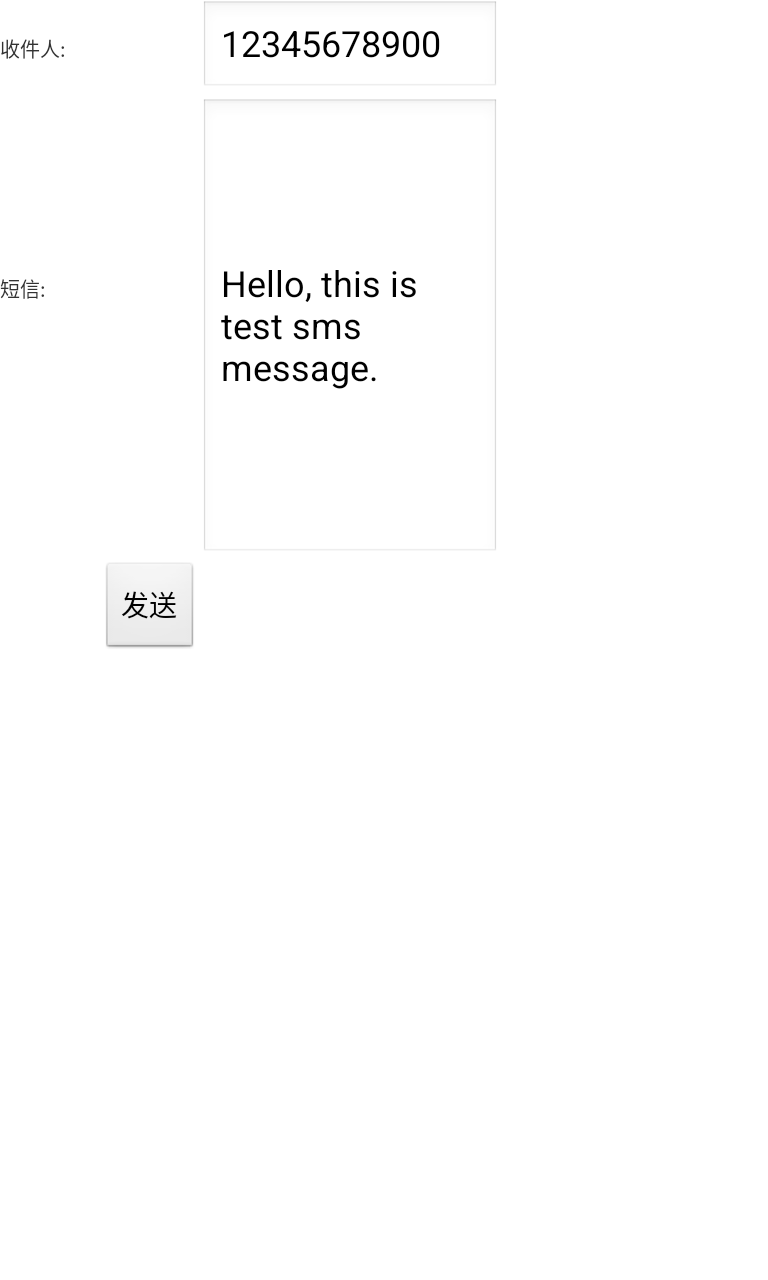
Repository: yorkLiu/android
Layout: IntentDemo/res/layout/sms_main.xml
An editor plug-in stored every save of this project. The layout is shown before and after the next save, followed by the edit.
It is drawn on a 768 x 1280 px phone screen (xhdpi) without system bars, with theme AppTheme; the app's code is not run.

Above is the layout before, as saved 2014-09-20 13:05:34.

After the next save:
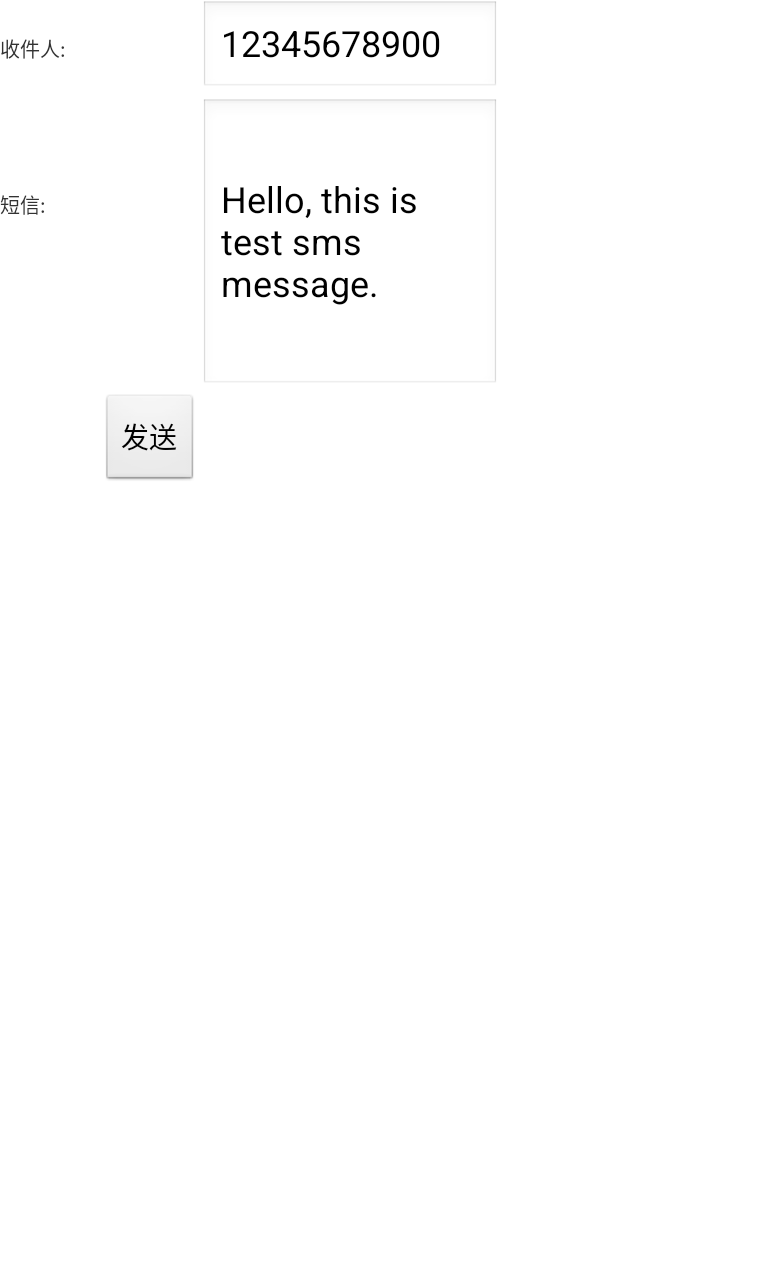
Saved 49 s later.
--- a/IntentDemo/res/layout/sms_main.xml
+++ b/IntentDemo/res/layout/sms_main.xml
@@ -37,7 +37,8 @@
             android:layout_height="wrap_content"
             android:layout_gravity="top"
             android:numeric="integer"
-            android:lines="10"
+            android:lines="6"
+            android:oritention="top"
             android:text="Hello, this is test sms message."
             />
     </TableRow>
